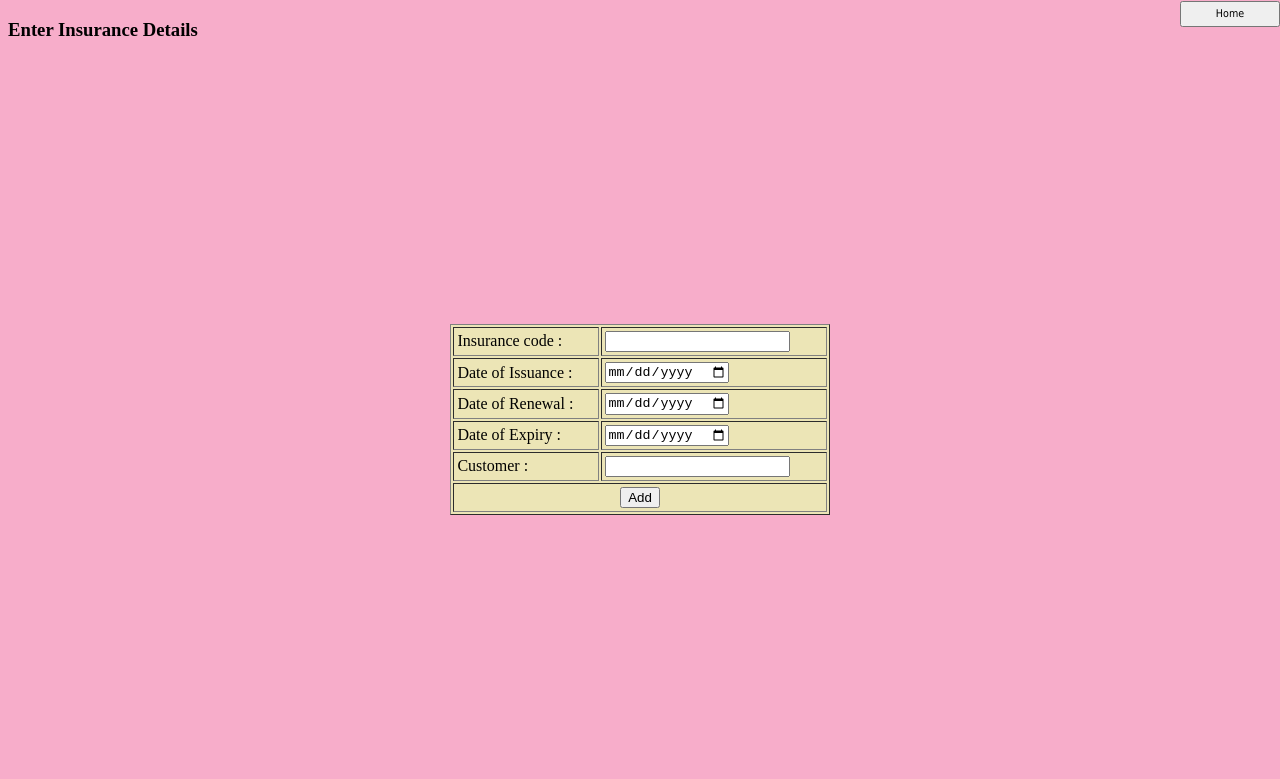
Repository: ankitasha/HomeProject
Page: http://localhost/insurance/WEB-INF/views/addinsurance.jsp
The author's editor kept a copy of each file at every save. The page is drawn from the files as they stood at one save, then again after the next save.
The browser window is 1280 px wide. The pictures show the whole page.
The page is served by Tomcat 9. Nobody is signed in. The template is opened directly, without the code that normally fills it, so the values that code supplies are empty.

Above is the page before, as saved 2017-05-05 09:11:13.

After the next save:
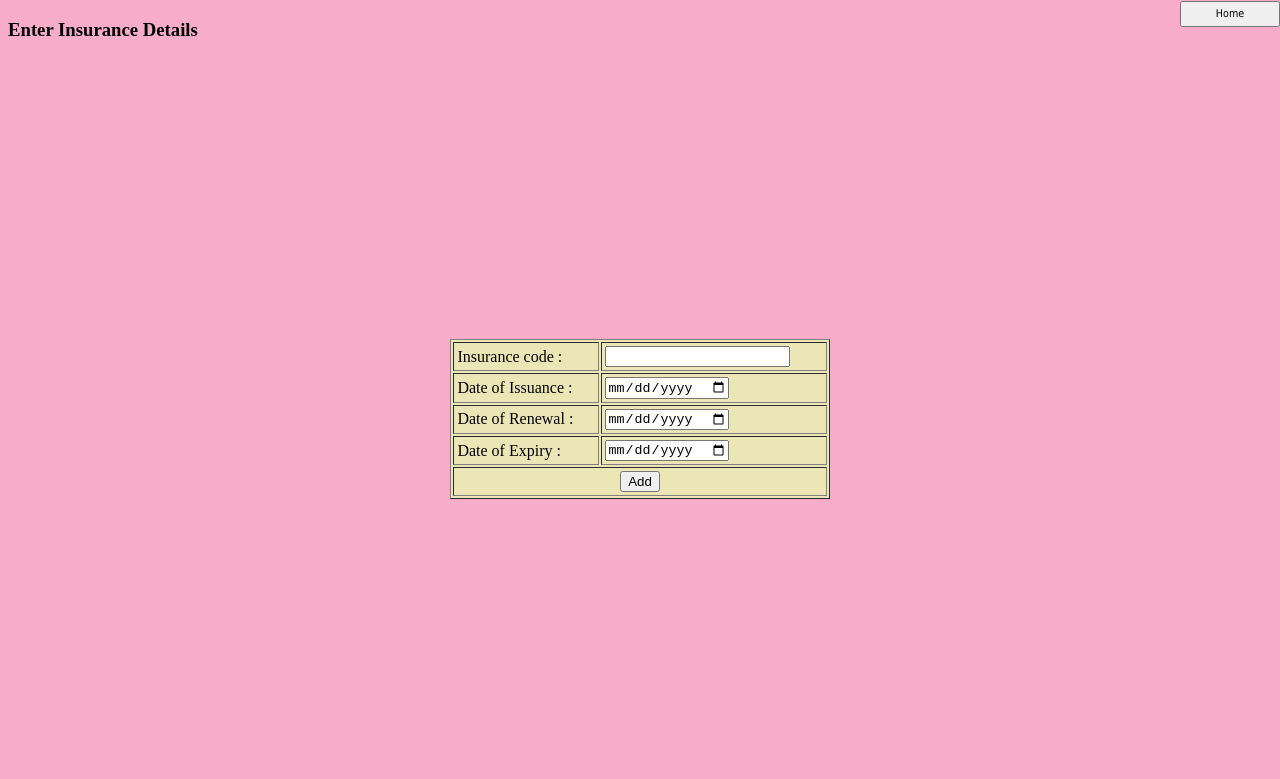
Saved 5 min 52 s later.
--- a/insurance/src/main/webapp/WEB-INF/views/addinsurance.jsp
+++ b/insurance/src/main/webapp/WEB-INF/views/addinsurance.jsp
@@ -71,9 +71,7 @@
                      <tr>
                         <td> Date of Expiry : </td><td> <input type="date" name="dateOfExpiry" /> </td>
                     </tr>
-                    <tr>
-                        <td> Customer : </td><td><input name="customer"  /> </td>
-                    </tr>
+
                     <tr>
                       <td colspan="2" align="center"><input type="submit" value="Add" /></td>
                     </tr>
